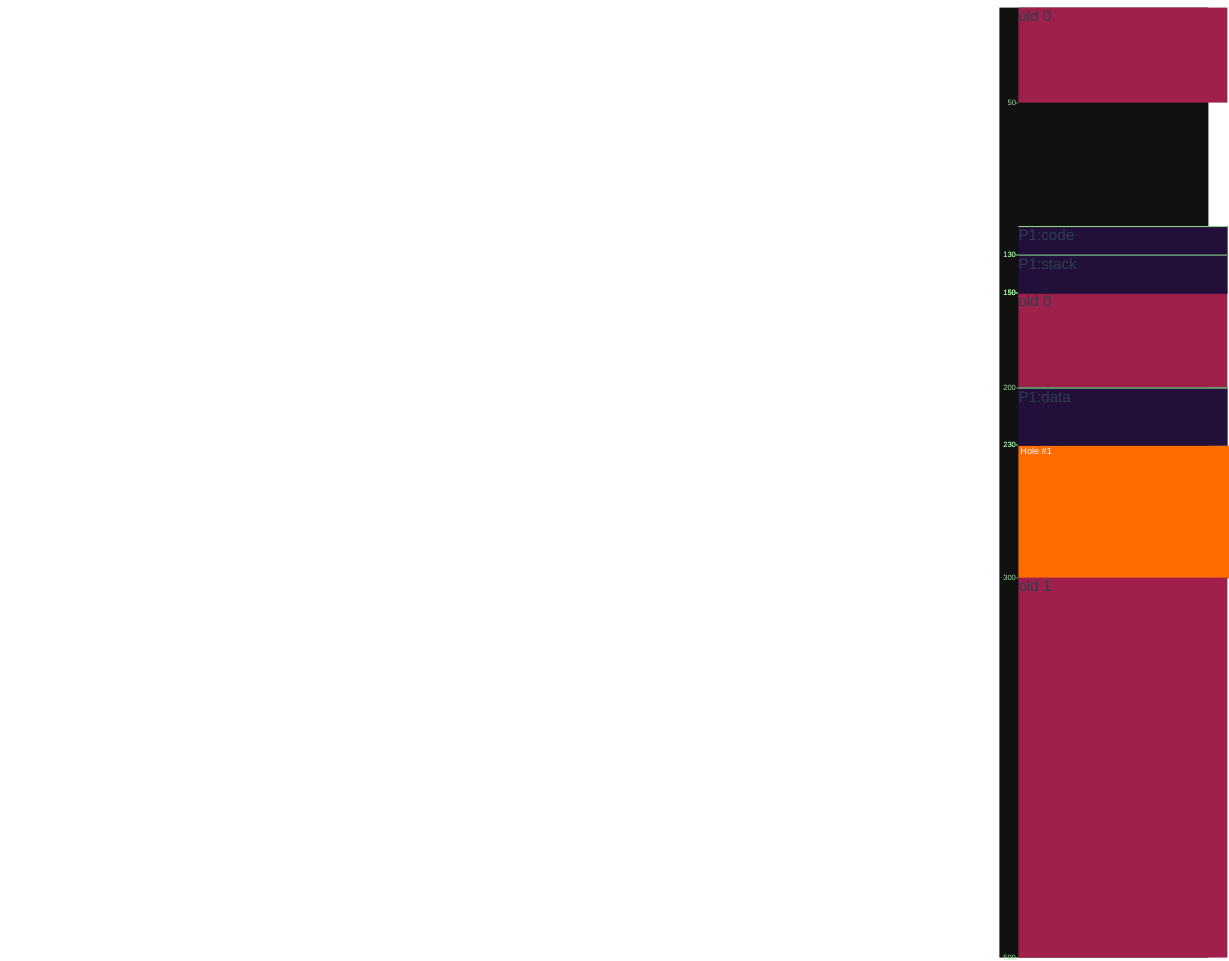
Repository: atout811/memory-allocation-project
Page: /#/final
An editor plug-in stored every save of this project. The page is shown before and after the next save, followed by the edit.
The browser window is 1280 px wide. The page is 1294 px wide, then 1280 px, so the pictures cover 1294 px, including what lies to the right of the window. The pictures show the whole page, at 95% of full size.
The project was rebuilt for these pictures with package versions that can differ from the ones it lists, and the page was loaded fresh each time. Also part of the build but not shown: src/views/MemoryAndHoles.vue, src/views/Process.vue, src/views/Methods.vue.

Above is the page before, as saved 2021-06-09 21:23:23.

After the next save:
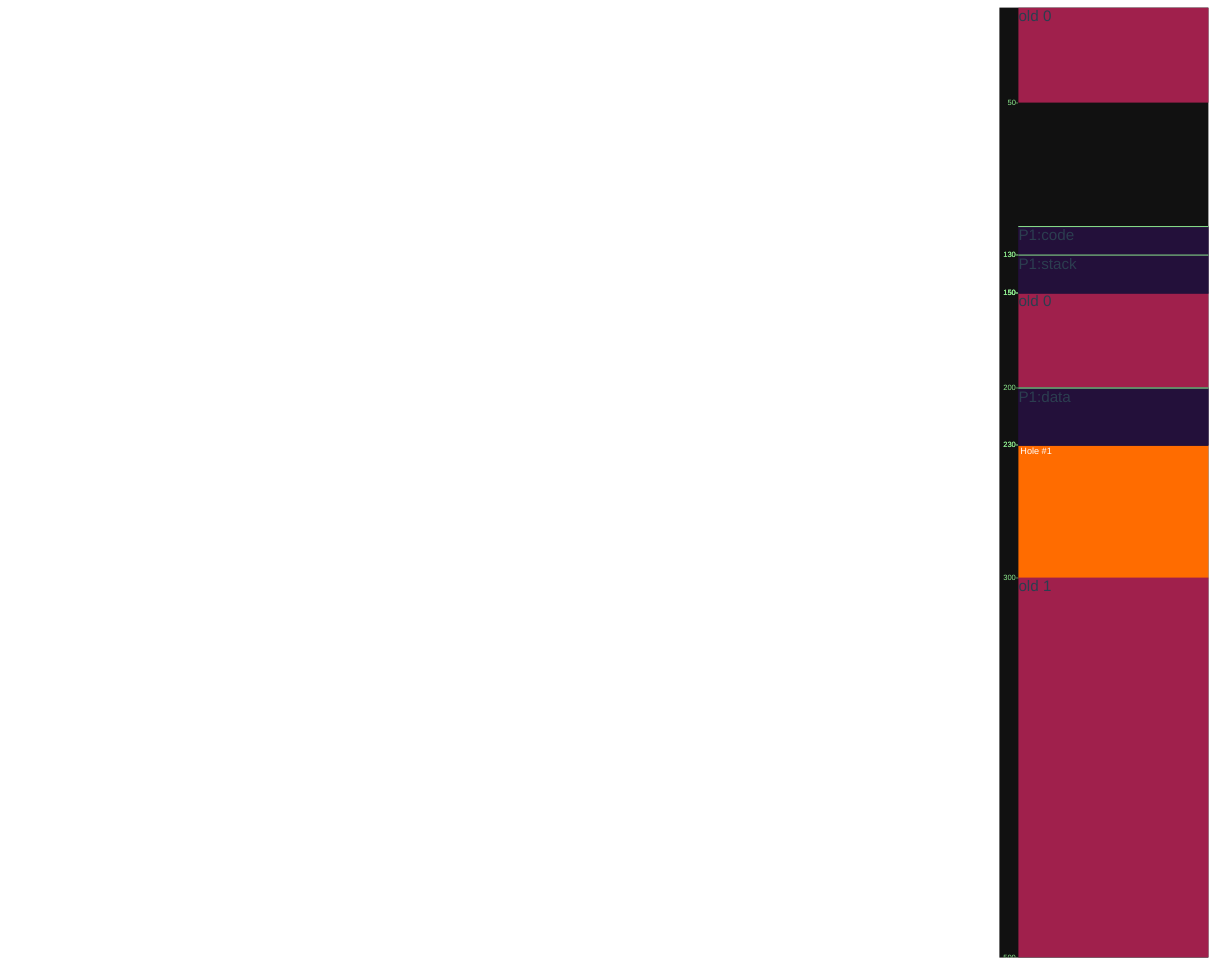
Saved 27 s later.
--- a/src/views/Final.vue
+++ b/src/views/Final.vue
@@ -296,7 +296,7 @@ export default {
   /* top: 5%; */
   position: absolute;
   padding-left: 20px;
-  /* overflow: hidden; */
+  overflow: hidden;
 }
 .memory >>> .hole {
   background-color: #ff6c00;
